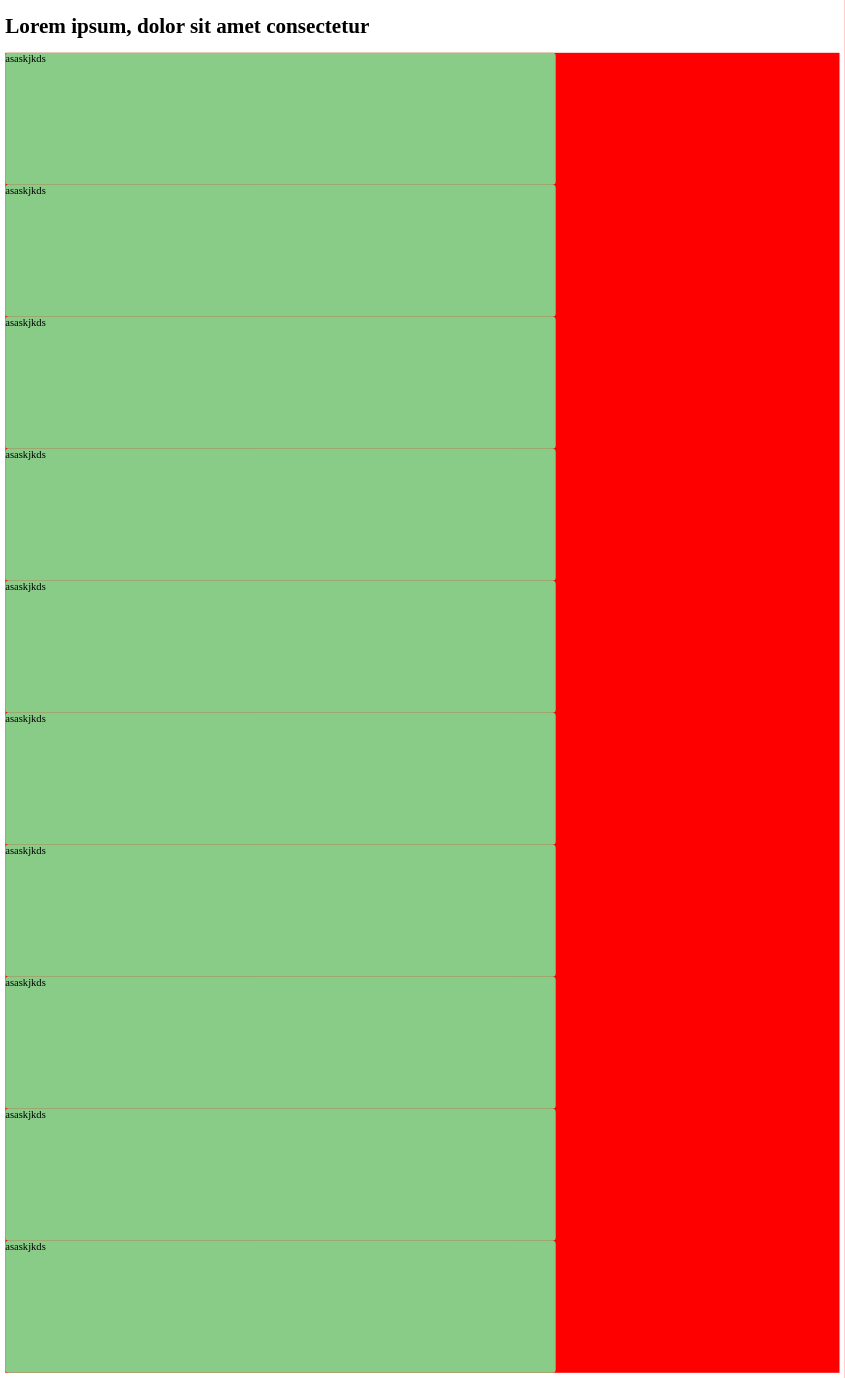
Repository: tongdkhai/Graphic-Art-Mart
Page: test/test.html
An editor plug-in stored every save of this project. The page is shown before and after the next save, followed by the edit.
The browser window is 1280 px wide. The pictures show the whole page, at 66% of full size.

Above is the page before, as saved 2022-10-25 17:24:25.

After the next save:
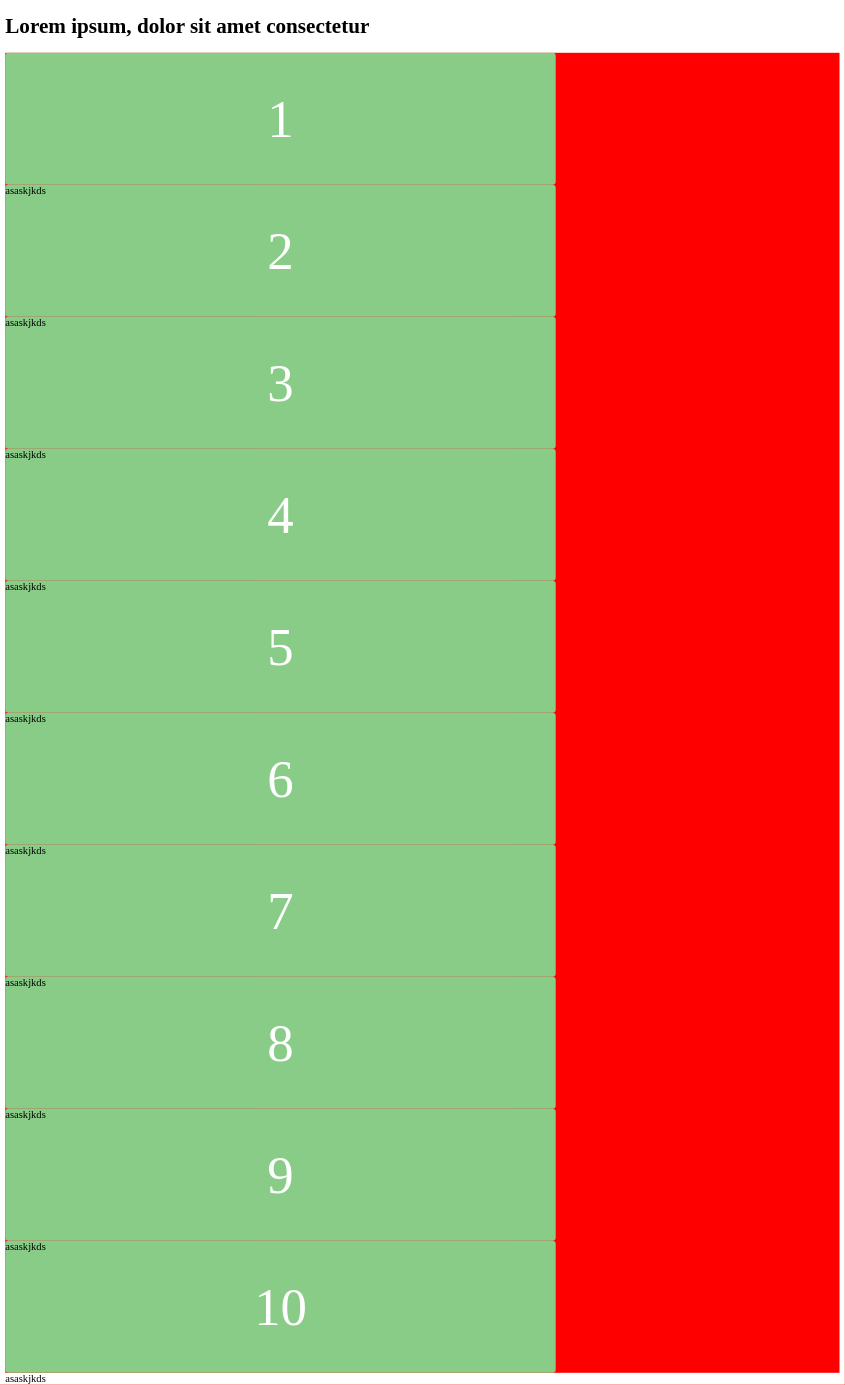
Saved 30 s later.
--- a/test/test.html
+++ b/test/test.html
@@ -29,6 +29,15 @@
         border-radius: 5px;
         counter-increment: carousel-cell;
       }
+      /* cell number */
+      .carousel-cell:before {
+        display: block;
+        text-align: center;
+        content: counter(carousel-cell);
+        line-height: 200px;
+        font-size: 80px;
+        color: white;
+      }
     </style>
   </head>
   <body>
